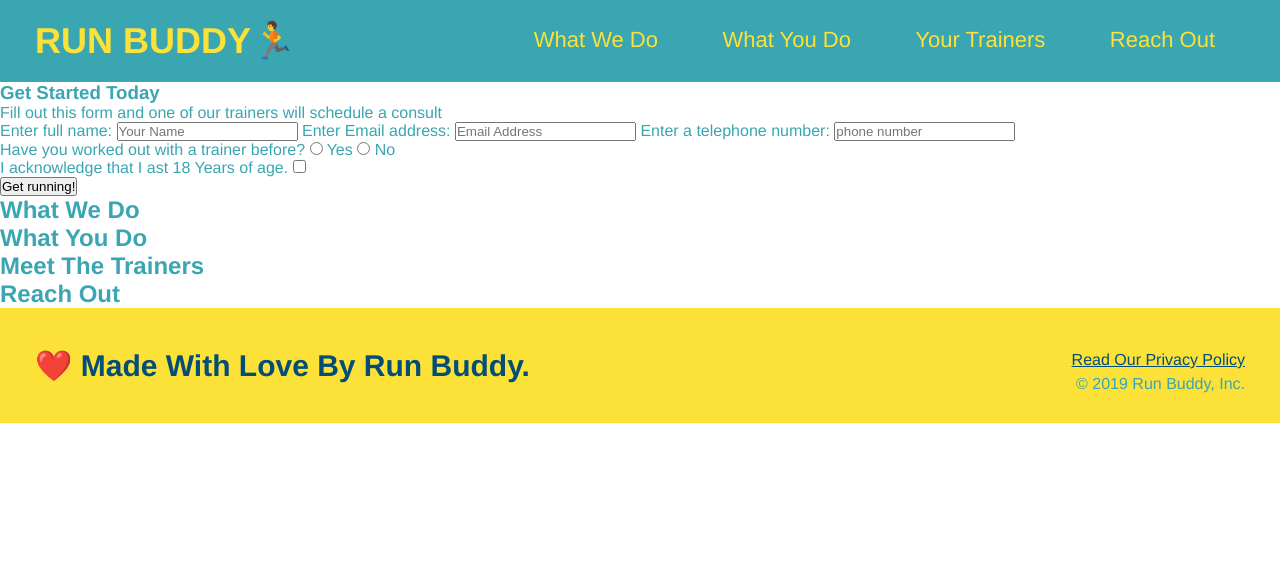
Repository: pilar122/run-buddy
Page: index.html
An editor plug-in stored every save of this project. The page is shown before and after the next save, followed by the edit.
The browser window is 1280 px wide. The pictures show the whole page.

Above is the page before, as saved 2023-01-21 11:58:01.

After the next save:
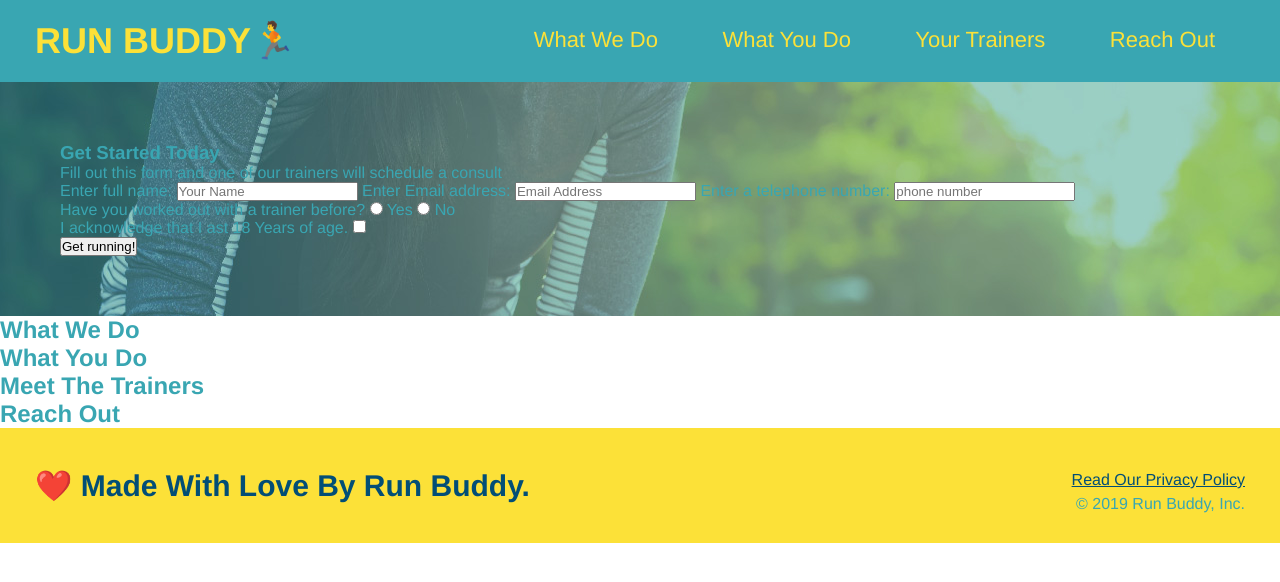
Saved 43 s later.
--- a/assets/css/style.css
+++ b/assets/css/style.css
@@ -68,7 +68,8 @@ footer a {
     color: #024e76;
 }
 
-section .hero{
+/*Hero style start*/
+.hero {
     padding:60px;
     background-image: url("../images/hero-bg.jpeg");
 }
